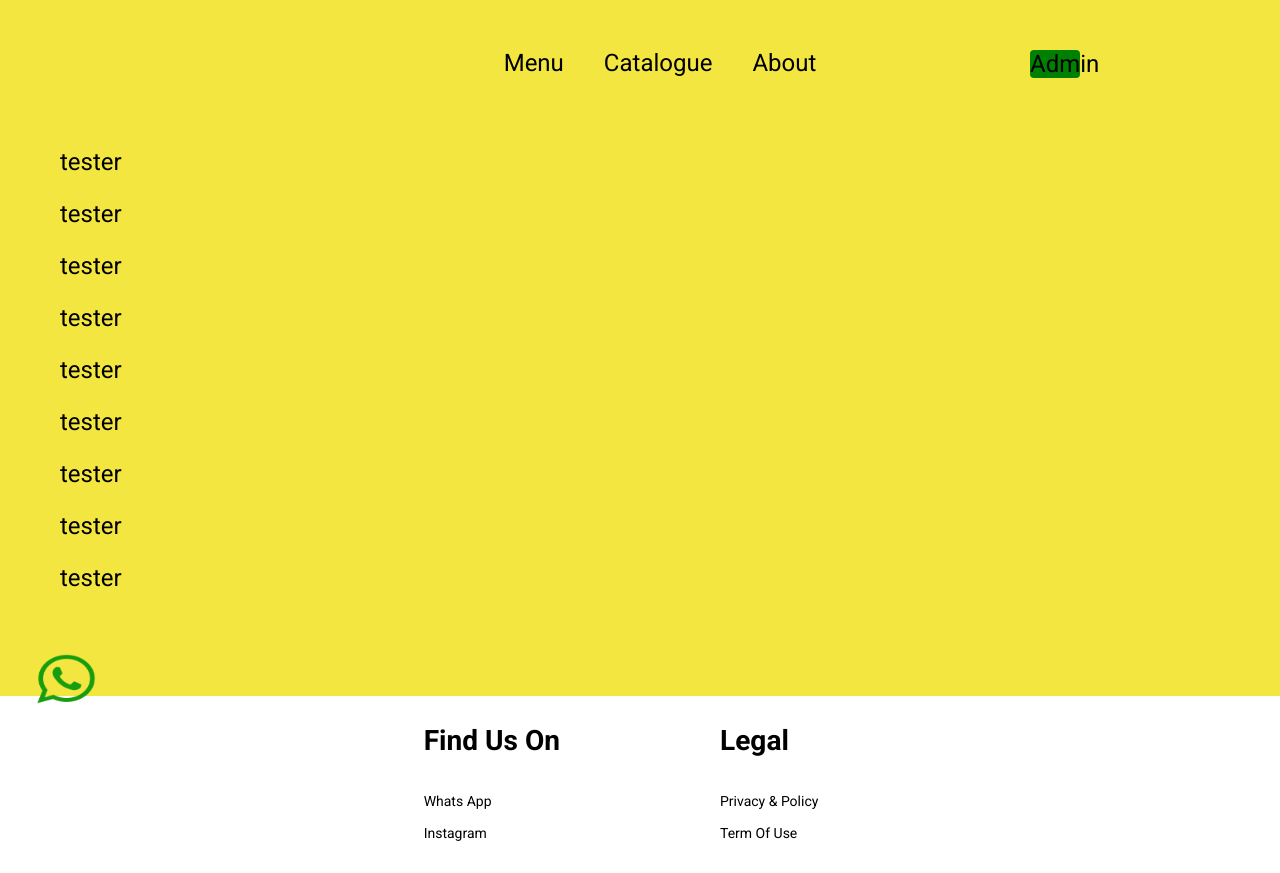
Repository: Fauzaanmhmd/Skripsi
Page: /about
These files come from the project's save history. The page is drawn as it stood at one moment and after the next save; the edit follows.
The browser window is 1280 px wide. The pictures show the whole page.
The project was rebuilt for these pictures with package versions that can differ from the ones it lists, and the page was loaded fresh each time. The framework's server and built-in components were replaced by stand-ins that run in the browser. Also part of the build but not shown: next.config.js, components/background.js.

Above is the page before, as saved 2021-06-02 08:28:35.

### pages/about/index.js
import Layout from "../../components/Layout"

export default function About({ recipes }) {
    return (
        <Layout>
            <div>
                <p>tester</p>
                <p>tester</p>
                <p>tester</p>
                <p>tester</p>
                <p>tester</p>
                <p>tester</p>
                <p>tester</p>
                <p>tester</p>
                <p>tester</p>
                <p>tester</p>
                <p>tester</p>

            </div>
        </Layout>

    )
}

### styles/globals.css
@import url('https://fonts.googleapis.com/css2?family=Roboto:ital,wght@0,100;0,300;0,400;0,500;0,700;0,900;1,100;1,300;1,400;1,500;1,700;1,900&display=swap');

body {
  background: #F4E640;
  margin: 0;
  font-family: 'Roboto';
  font-size: 1.5em;
}
.layout {
  min-height: 100vh;
  display: flex;
  flex-direction: column;
}
header {
  text-align: center;
}
header a {
  text-decoration: none;
  color: black;
  text-transform: uppercase;
  display: inline-block;
}
header h1, header h2 {
  margin: 0;
}
header span {
  display: block;
  line-height: 1em;
}
header span:first-child {
  font-size: 1em;
  font-weight: 400;
}
header span:last-child {
  font-size: 1.5em;
  font-weight: 800;
}
header h2 {
  font-size: 1.2em;
  font-weight: 400;
}

.page-content {
  max-width: 1200px;
  margin: 20px auto 80px;
  padding: 0 20px;
  width: 100%;
  box-sizing: border-box;
}

ul{
  list-style-type: none;
  display: flex;
}

.ul_foot {
  display: flex;
  flex-direction: column;
  width: 100%;
}

.socmed {
  display: fixed;
  flex-direction: column;
  bottom: 0;
  left: 0;

}

.ul_foot > li {
  border-bottom: none;
}

.ul_foot >li:hover {
  border-bottom: none;
}
li {
  margin: 20px;
  cursor: pointer;
  border-bottom: 2px solid #F4E640;
}
li:hover {
background-color: transparent;
border-bottom: 2px solid black;
}
.navimg{
  position: absolute;
  left: 20px;
}
.zoom:hover {
  -ms-transform: scale(1.5); /* IE 9 */
  -webkit-transform: scale(1.5); /* Safari 3-8 */
  transform: scale(1.5);
  transition: transform .9s;
}

img {
  width: 550px;
  height: 380px;
  margin: 10px 0 0 0;
  padding: 10px 20px 0px 20px;
  display: flex;
  justify-content: center;
  align-items: center;
  position: relative;
  cursor: pointer;
}

img:hover {
  -ms-transform: scale(1.1); /* IE 9 */
  -webkit-transform: scale(1.1); /* Safari 3-8 */
  transform: scale(1.1);
  transition: transform .9s;
}

.image {
  display: grid;
  grid-template-columns: repeat(2,minmax(0,1fr));
  grid-gap: 5rem;
}

.img_product{
  width: 550px;
  height: 380px;
  margin: auto;
  margin-top: 150px;
  padding: 10px 20px 0px 20px;
  display: flex;
  justify-content: center;
  align-items: center;
  position: relative;
  cursor: pointer;
}

.button {
  cursor : pointer;
  margin: 0 30px;
  padding: 0 20px;
  width: 100px;
}

.button {
  cursor: pointer;
  border-bottom-width: 2px;
  background-color: #4CAF50;
  color: white;
  padding: 12px 20px;
  border: none;
  border-radius: 4px;
  cursor: pointer;
  float: center;
}

.img-bg {
  display: flex;
  background-color: white;
  flex-direction: column;
  justify-content: center;
  align-items: center;
  width: 65%;
  height: 150px;
  margin: -30px 130px 40px 130px;
  grid-template-columns: repeat(2,minmax(0,1fr));
}

.zoom-dropdown:hover {
  -ms-transform: scale(1.5); /* IE 9 */
  -webkit-transform: scale(1.5); /* Safari 3-8 */
  transform: scale(1.5);
  transition: transform .9s;
}

.zoom_wrapper {
  margin-top: 120px;
  width: 100%;
  text-align: center;
}

.form_catalogue {
  display: flex;
  background-color: white;
  flex-direction: column;
  justify-content: center;
  align-items: center;
  width: 100%;
  height: auto;
  margin: 20px 130px 140px 0px;
  border-radius: 20px;
}

section {
  background-color: white;
  padding: 1rem 1rem;
  border-radius: 20px;
}
.input-field {
  background:rgba(255,255,255,0.1);
  margin-bottom:10px;
  margin-top:3px;
  line-height:1.5em;
  font-size:20px;
  font-size:1.3rem;
  border:none;
  padding:5px 10px 5px 10px;
  color:black;
  box-sizing:border-box;
  width:100%;
  margin-left:auto;
  margin-right:auto;
}

* {
  box-sizing: border-box;
}

input[type=text], select, textarea {
  width: 100%;
  padding: 12px;
  border: 1px solid #ccc;
  border-radius: 4px;
  resize: vertical;
}

label {
  padding: 12px 12px 12px 0;
  display: inline-block;
}

input[type=submit] {
  background-color: #4CAF50;
  color: white;
  padding: 12px 20px;
  border: none;
  border-radius: 4px;
  cursor: pointer;
  float: right;
}

input[type=submit]:hover {
  background-color: #45a049;
}

.container {
  border-radius: 5px;
  background-color: #f2f2f2;
  padding: 20px;
}

.col-25 {
  float: left;
  width: 25%;
  margin-top: 6px;
}

.col-75 {
  float: left;
  width: 75%;
  margin-top: 6px;
}

/* Clear floats after the columns */
.row:after {
  content: "";
  display: table;
  clear: both;
}

.form {
  text-align: center;
  margin-top: 130px;
}

.form_button {
  border-bottom-width: 2px;
  background-color: #4CAF50;
  color: white;
  padding: 12px 20px;
  border: none;
  border-radius: 4px;
  cursor: pointer;
  float: right;
}

.swal-title {
  margin: 0px;
  font-size: 16px;
  box-shadow: 0px 1px 1px rgba(0, 0, 0, 0.21);
  margin-bottom: 28px;
}


.navbar {
  display: flex;
  justify-content: center;
  padding: 5px 20px;
  align-items: center;
  background-color: #F4E640;
  flex-direction: column-reverse;
  position: fixed;
  z-index: 999;
  width: 100%;
}

/* footer {
  background: white;
  color: black;
  padding: 40px;
  text-align: center;
  display: flex;
  align-items: center;
  width: 100%;
  justify-content: space-around
} */
footer {
  display: flex;
  justify-content: center;
  background-color: white;
}

.footer_inner {
  display: grid;
  grid-template-columns: repeat(2, minmax(0, 1fr));
  grid-gap: 10rem;
}

.footer_list{
  display: flex;
  flex-direction: column;
  padding-left: 0;
}

.footer_listItem {
  margin: .5rem 0;
  font-size: 14px;
  border-bottom: none;
}

.footer_list a {
  text-decoration: none;
  color: black;
}
.icon_wa {
  position: fixed;
  z-index: 99999;
  bottom: 16px;
  left: 16px;
}

.icon_waImg {
  height: 60px;
  width: 100px;
  background-color: transparent;
}

.content a {
  background-color: #45a049;
  padding: 10px 20px;
  border-radius: 30px;
  color: black;
  text-decoration: none;
  width: fit-content;
}

.content {
  float: left;
  padding: 10px;
  text-decoration: none;
}

.socmed a {
  margin: 10px;
}

.modal {
  display: flex;
  justify-content: center;
  align-items: center;
  position: fixed;
  top: 0;
  right: 0;
  bottom: 0;
  background-color: #0000009c;
  left: 0;
  z-index: 1000;
}

.modal_container{
  width: 500px;
  height: 100px;
  padding-left: -5px;
  background-color: white;
  border-radius: 6px;
  position: relative;
  text-align: center;
  padding-top: 15px;
  padding-right: 60px;
  font-size: 22px;
}

.button_click {
  position: absolute;
  top: 1rem;
  right: 2rem;
  cursor: pointer;
}

.fa-check-square:before {
  position: relative;
  right: 0;
  content: "\f14a";
  font-size: 60px;
  color: #45a049;
}

.background {
  display: flex;
  padding: 20px 20px;
}

.background_judul {
  display: flex;
  justify-content: center;
  align-items: center;
  width: 50%;
}

.bg_img {
  margin-top: 100px;
  width: 99vw;
  position: relative;
}

.bg_text {
  background-color: transparent;
}

@media screen and (max-width: 765px) {
  .image {
    grid-template-columns: repeat(1,minmax(0,1fr));
    grid-gap: 5rem;
  }
  .footer_inner {
  grid-template-columns: repeat(1, minmax(0, 1fr));
  grid-gap: 10rem;
  }

  .img {
    width: 225px;
    height: 190px;
  }

  .image_wrapper {
    display: flex;
    align-items: center;
    justify-content: center;
    flex-direction: column;
  }

  .bg_img {
    width: 100vw;
    height: auto;
    display: flex;
    align-items: center;
    justify-content: center;
  }
}

.admin {
  display: flex;
  justify-content: center;
  align-items: center;
  width: 100%;
  height: 50vw;
  background-color: #4CAF50;
}

.admin_container {
  background-color: aqua;
}

.navbar_admin {
  position: absolute;
  background-color: green;
  right: 200px;
  border-radius: 4px;
  width: 50px;
}

### components/Layout.js
import Link from 'next/link'
import Navbar from './Navbar'
import Background from './background'

export default function Layout({ children, withBackground, judul }) {

  return (
    <div className="layout">
      <header>
        <Navbar />
      </header>

      {
        withBackground &&
        <>
          <Background />
          {
            judul
          }
        </>
      }

      <div className="page-content">
        {children}
      </div>

      <footer>
        <div className="footer_inner">
          <div className="footer_item">
            <h3>Find Us On</h3>
            <ul className="footer_list">
              <a target="blank" href="https://wa.link/74wpl7">
                <li className="footer_listItem">Whats App</li>
              </a>
              <a target="blank" href="http://www.instagram.com/fauzaan.mhmd/">
                <li className="footer_listItem">Instagram</li>
              </a>
            </ul>
          </div>
          <div className="footer_item">
            <h3>Legal</h3>
            <ul className="footer_list">
              <Link href={`/catalogue/privacypolicy`}>
                <li className="footer_listItem">Privacy & Policy</li>
              </Link>
              <Link href={`/catalogue/termofuse`}>
                <li className="footer_listItem">Term Of Use</li>
              </Link>
            </ul>
          </div>
        </div>
        <div className="icon_wa">
          <a target="blank" href="https://wa.link/74wpl7">
            <img className="icon_waImg" src="/img/wa.png" alt="" />
          </a>
        </div>
      </footer>
    </div >
  )
}

### components/Navbar.js
import Link from 'next/link'

const Navbar = props => {
    return (
        <div className="navbar">
            <ul className="navbar_menu">
                <Link href="/">
                    <li className="zoom">Menu</li>
                </Link>
                <Link href="/catalogue">
                    <li className="zoom-dropdown">Catalogue</li>
                </Link>
                <Link href="/about">
                    <li className="zoom">About</li>
                </Link>
            </ul>
            <Link href="/admin">
                <div className="navbar_admin">Admin</div>
            </Link>
        </div>
    )
}

export default Navbar

Loaded but not shown: pages/_app.js (common file)

After the next save:
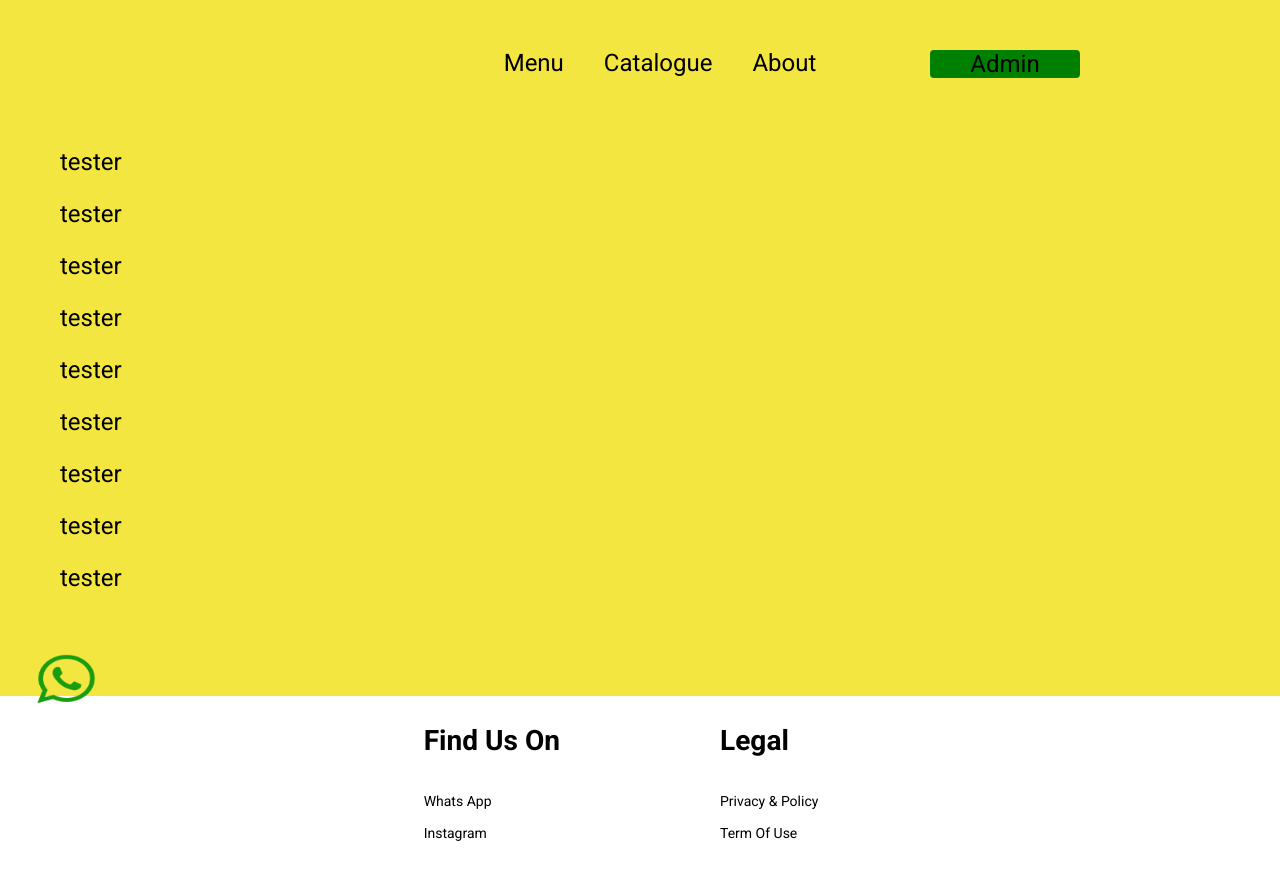
Saved 7 s later.
--- a/styles/globals.css
+++ b/styles/globals.css
@@ -483,5 +483,5 @@
   background-color: green;
   right: 200px;
   border-radius: 4px;
-  width: 50px;
-}
+  width: 150px;
+}
